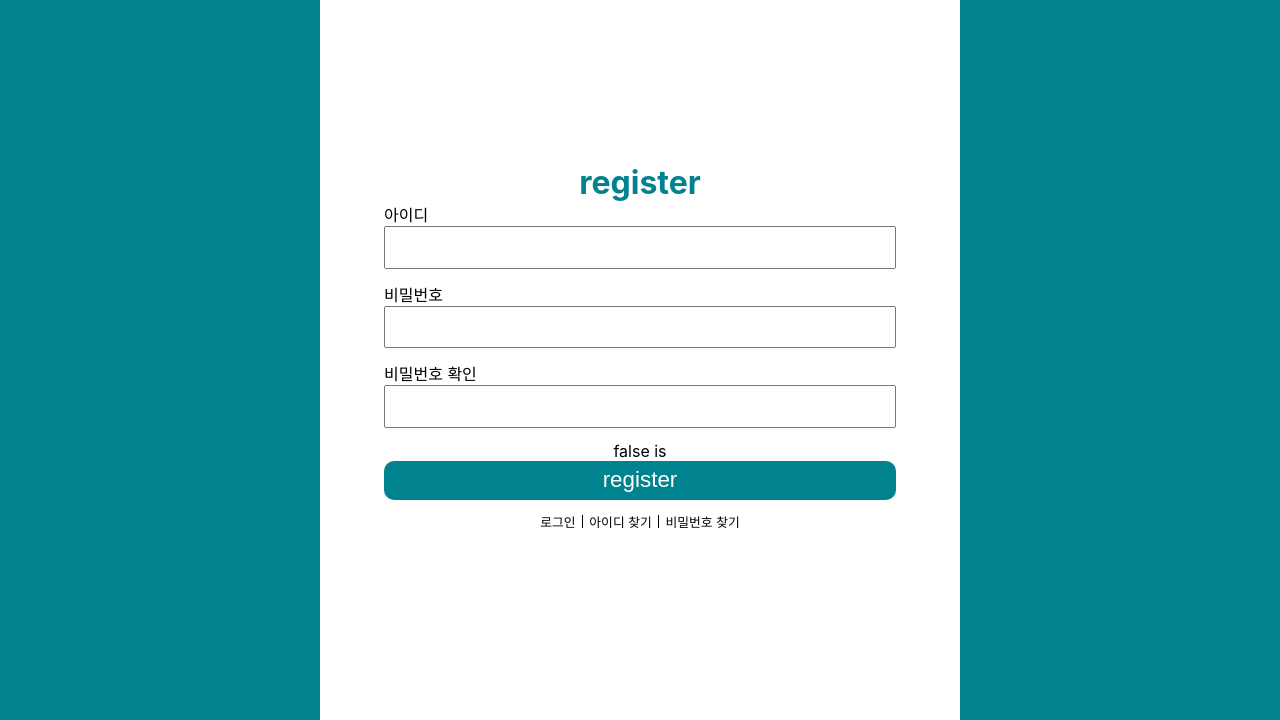
Repository: SeungYn/ticktickup-client
Page: /register
The author's editor kept a copy of each file at every save. The page is drawn from the files as they stood at one save, then again after the next save.
The browser window is 1280 px wide. The pictures show the whole page.
The project was rebuilt for these pictures with package versions that can differ from the ones it lists, and the page was loaded fresh each time. Also part of the build but not shown: src/App.tsx, src/pages/Main.tsx, src/pages/TimeDetail.tsx, src/pages/MyInfo.tsx, src/containers/auth/LoginFormContainer.tsx, src/pages/LoginPage.tsx.

Above is the page before, as saved 2023-01-03 20:55:27.

After the next save:
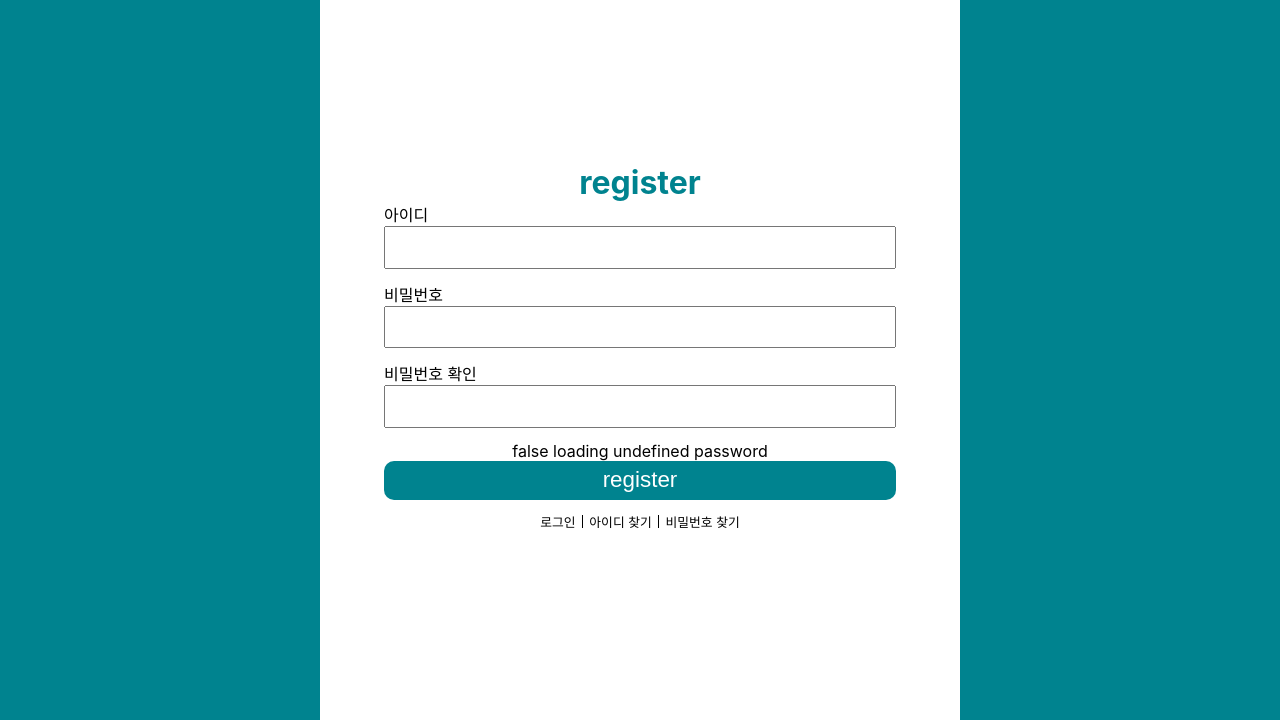
Saved 51 s later.
--- a/src/components/auth/AuthForm.tsx
+++ b/src/components/auth/AuthForm.tsx
@@ -61,7 +61,7 @@ export default function AuthForm({
           />
         </label>
       )}
-      {`${loading} is`}
+      {`${loading} loading ${passwordMatch} password`}
       <AuthBtn title={type} />
 
       <div className={cx('footer')}>
